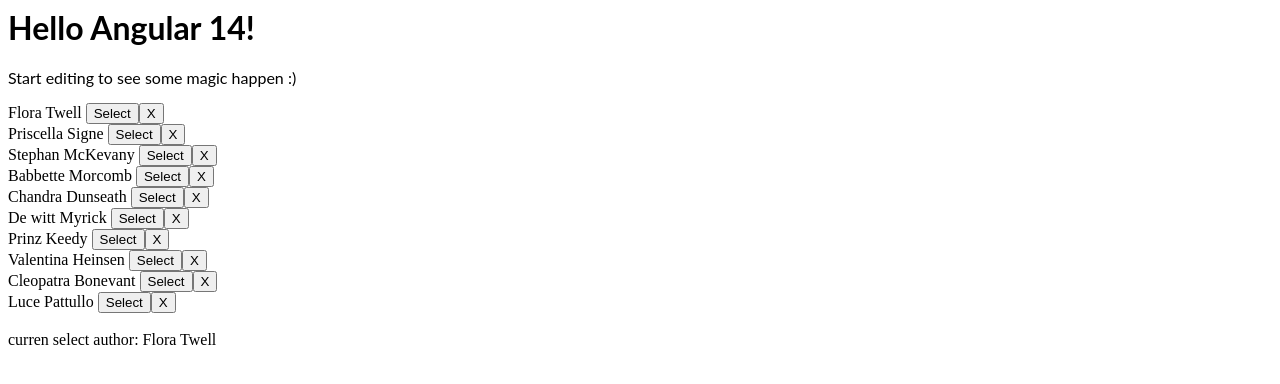
Repository: leduc24/baitap-angular100day
Page: / (app in angular_bai8/)
The author's editor kept a copy of each file at every save. The page is drawn from the files as they stood at one save, then again after the next save.
The browser window is 1280 px wide. The pictures show the whole page.
The project was rebuilt for these pictures with package versions that can differ from the ones it lists, and the page was loaded fresh each time. Also part of the build but not shown: angular_bai8/angular.json.

Above is the page before, as saved 2022-07-04 20:17:55.

### angular_bai8/src/app/app.module.ts
import { NgModule } from '@angular/core';
import { BrowserModule } from '@angular/platform-browser';
import { FormsModule } from '@angular/forms';

import { AppComponent } from './app.component';
import { HelloComponent } from './hello.component';
import { AuthorDetailsComponent } from './author/author-details.component';
import { AuthorListComponent } from './author/author-list.component';

@NgModule({
  imports:      [ BrowserModule, FormsModule ],
  declarations: [ AppComponent, HelloComponent, AuthorListComponent, AuthorDetailsComponent ],
  bootstrap:    [ AppComponent ]
})
export class AppModule { }

### angular_bai8/src/app/author/author-details.component.ts
import { Component, EventEmitter, Input, Output } from '@angular/core';
import { Author } from '../authors.model';

@Component({
  selector: `author-details`,
  template: `
    <div>
      {{author.firstName}} {{author.lastName}}
      <button style = "margin-left: Irem" (click) = "select.emit(author)"> Select </button>
      <button style = "margin-left: Irem" (click) = "delete.emit(author.id)"> X </button>
      </div>
  `,
})
export class AuthorDetailsComponent {
  @Input() author: Author;
  @Output() select = new EventEmitter<Author>();
  @Output() delete = new EventEmitter<number>();
}

### angular_bai8/src/app/author/author-list.component.ts
import { Component } from '@angular/core';
import { Author, authors } from '../authors.model';

@Component({
  selector: 'author-list',
  template: `
    <author-details *ngFor = "let author of authors" [author]= "author"
    (select) = "onSelected ($event)"
    (delete) = "onDelete($event)"></author-details>
    <br />
    <div>
      curren select author: {{currentAuthor?.firstName}} {{currentAuthor?.lastName}}
    </div>
    `,
})
export class AuthorListComponent {
  authors = authors;
  currentAuthor = authors[0];
  onSelected(selcetedAuthor: Author) {
    this.currentAuthor = selcetedAuthor;
  }
  onDelete(id: number) {
    this.authors = this.authors.filter((author) => {
      return author.id !== id;
    }); // [{id: 1},{id: 2}]
    if (this.currentAuthor.id == id) {
      this.currentAuthor = this.authors[0];
    }
  }
}

### angular_bai8/src/app/app.component.html
<hello name="{{ name }}"></hello>
<p>
  Start editing to see some magic happen :)
</p>

<author-list></author-list>

### angular_bai8/src/app/authors.model.ts
export interface Author {
  id: number;
  firstName: string;
  lastName: string;
  email: string;
  gender: string;
  ipAddress: string;
}

export const authors = [
  {
    id: 1,
    firstName: 'Flora',
    lastName: 'Twell',
    email: 'ftwell0@phoca.cz',
    gender: 'Female',
    ipAddress: '99.180.237.33',
  },
  {
    id: 2,
    firstName: 'Priscella',
    lastName: 'Signe',
    email: 'psigne1@berkeley.edu',
    gender: 'Female',
    ipAddress: '183.243.228.65',
  },
  {
    id: 3,
    firstName: 'Stephan',
    lastName: 'McKevany',
    email: 'smckevany2@reuters.com',
    gender: 'Male',
    ipAddress: '79.172.239.111',
  },
  {
    id: 4,
    firstName: 'Babbette',
    lastName: 'Morcomb',
    email: 'bmorcomb3@fastcompany.com',
    gender: 'Female',
    ipAddress: '24.99.155.146',
  },
  {
    id: 5,
    firstName: 'Chandra',
    lastName: 'Dunseath',
    email: 'cdunseath4@hud.gov',
    gender: 'Female',
    ipAddress: '89.9.91.12',
  },
  {
    id: 6,
    firstName: 'De witt',
    lastName: 'Myrick',
    email: 'dmyrick5@gravatar.com',
    gender: 'Male',
    ipAddress: '154.2.107.65',
  },
  {
    id: 7,
    firstName: 'Prinz',
    lastName: 'Keedy',
    email: 'pkeedy6@yandex.ru',
    gender: 'Male',
    ipAddress: '229.139.13.203',
  },
  {
    id: 8,
    firstName: 'Valentina',
    lastName: 'Heinsen',
    email: 'vheinsen7@alexa.com',
    gender: 'Female',
    ipAddress: '31.103.152.85',
  },
  {
    id: 9,
    firstName: 'Cleopatra',
    lastName: 'Bonevant',
    email: 'cbonevant8@surveymonkey.com',
    gender: 'Female',
    ipAddress: '23.190.218.14',
  },
  {
    id: 10,
    firstName: 'Luce',
    lastName: 'Pattullo',
    email: 'lpattullo9@ftc.gov',
    gender: 'Female',
    ipAddress: '173.107.238.31',
  },
];

Loaded but not shown: angular_bai8/src/index.html (common file); angular_bai8/src/styles.css (common file); angular_bai8/src/main.ts (common file); angular_bai8/src/polyfills.ts (common file); angular_bai8/src/app/app.component.ts (common file); angular_bai8/src/app/hello.component.ts (common file); angular_bai8/src/app/app.component.css (common file)

After the next save:
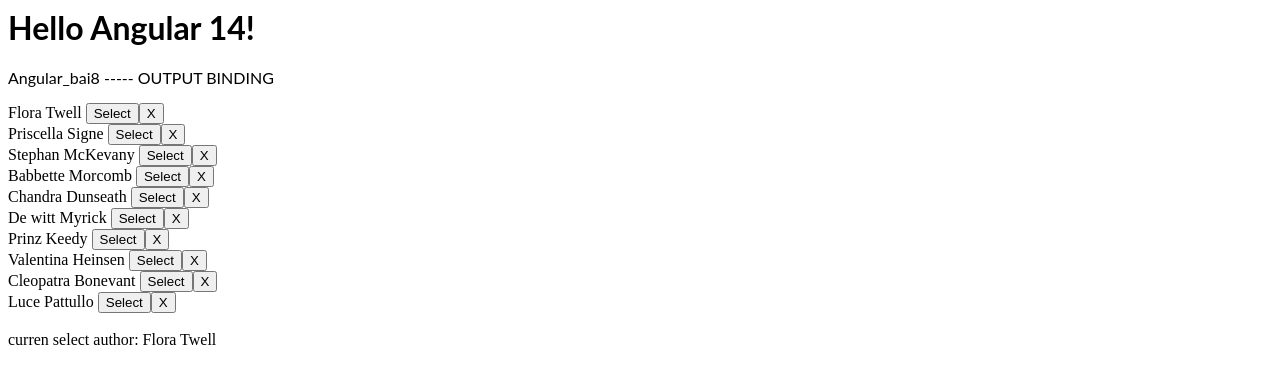
Saved 12 h 44 min later.
--- a/angular_bai8/src/app/app.component.html
+++ b/angular_bai8/src/app/app.component.html
@@ -1,6 +1,6 @@
 <hello name="{{ name }}"></hello>
 <p>
-  Start editing to see some magic happen :)
+  Angular_bai8 ----- OUTPUT BINDING
 </p>
 
 <author-list></author-list>
